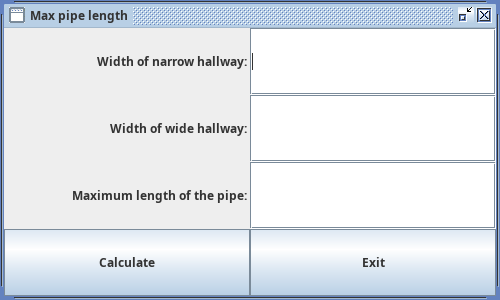
Repository: armandodollia/Java101
Program's window: java Lab5/src/lab5EC.java
These files come from the project's save history. The program's window is drawn as it stood at one moment and after the next save; the edit follows.
It runs on Java 21 on a 1366 x 768 screen with the Metal look.

Above is the program's window before, as saved 2014-10-22 01:59:57.

After the next save:
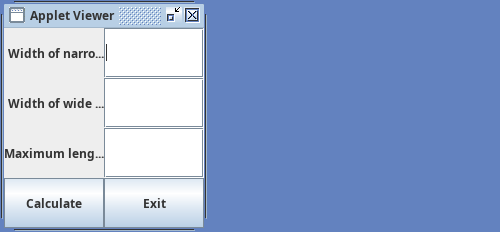
Saved 4 min 19 s later.
--- a/Lab5/src/lab5EC.java
+++ b/Lab5/src/lab5EC.java
@@ -7,25 +7,25 @@
 import java.awt.event.ActionEvent;
 import java.awt.event.ActionListener;
 
+import javax.swing.JApplet;
 import javax.swing.JButton;
-import javax.swing.JFrame;
 import javax.swing.JLabel;
 import javax.swing.JTextField;
 import javax.swing.SwingConstants;
 
 
-public class lab5EC extends JFrame{
+public class lab5EC extends JApplet{
 
 	private static final long serialVersionUID = 1L;
 	private JLabel narrowSide, wideSide, maxLength;
 	private JTextField narrowInput, wideInput, maxOutput;
 	private JButton calculate, exit;
-	private static final int width = 500;
-	private static final int height = 300;
+	//private static final int width = 500;
+	//private static final int height = 300;
 
 	public lab5EC(){
 		//set the layout
-		setTitle("Max pipe length");
+		//setTitle("Max pipe length"); not needed in JApplet (declared in HTML)
 		Container pane = getContentPane();
 		pane.setLayout(new GridLayout(4, 2));
 
@@ -60,9 +60,9 @@
 		pane.add(exit);
 
 		//set window size and visibility
-		setSize(width, height);
+		//setSize(width, height); Not needed in JApplet (declared in HTML)
 		setVisible(true);
-		setDefaultCloseOperation(EXIT_ON_CLOSE);
+		//setDefaultCloseOperation(EXIT_ON_CLOSE); Not needed in JApplet (handled by browser)
 	}
 
 	//create calculate button class
@@ -89,7 +89,7 @@
 			}
 		}
 
-	public static void main(String[] args) {
+	public void init() {
 		new lab5EC();
 
 	}
